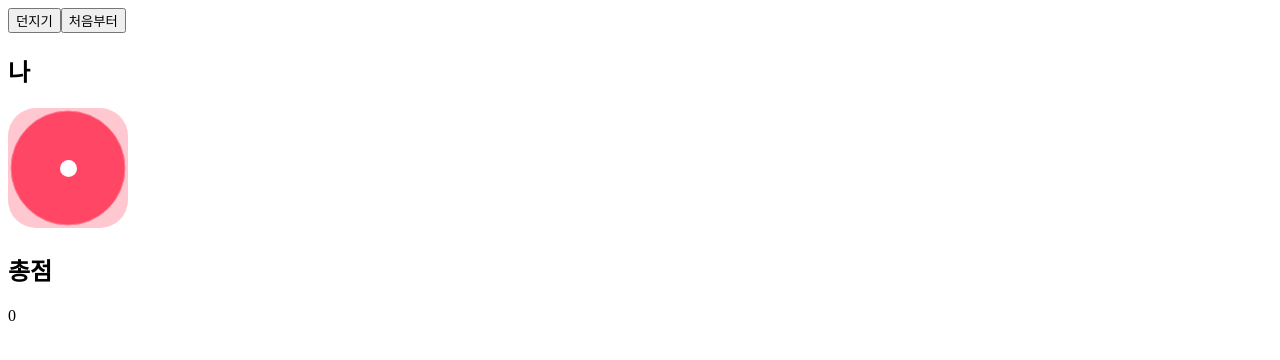
Repository: songjiwon17/React_study
Page: /
These files come from the project's save history. The page is drawn as it stood at one moment and after the next save; the edit follows.
The browser window is 1280 px wide. The pictures show the whole page.
The project was rebuilt for these pictures with package versions that can differ from the ones it lists, and the page was loaded fresh each time.

Above is the page before, as saved 2023-09-15 20:48:27.

After the next save:
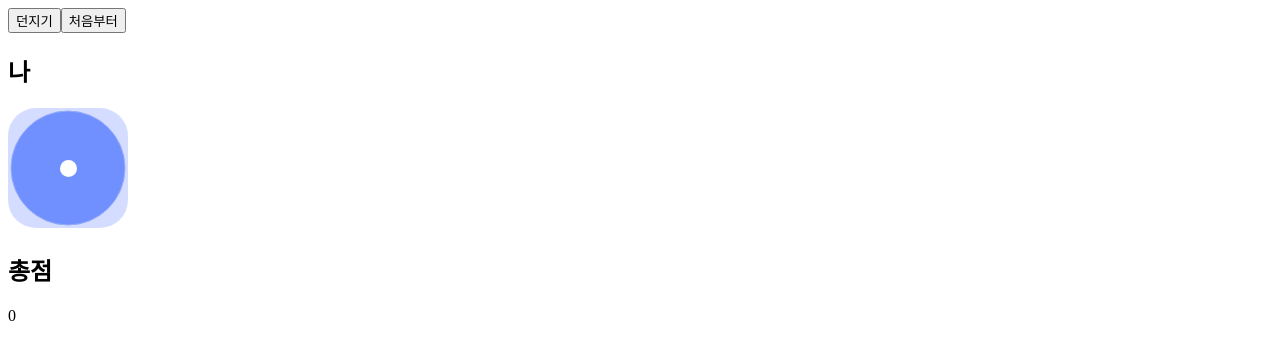
Saved 11 s later.
--- a/src/App.js
+++ b/src/App.js
@@ -29,7 +29,7 @@ function App(){
             </div>
             <div>
                 <h2>나</h2>
-                <Dice color="red" num = {num}/>
+                <Dice color="blue" num = {num}/>
                 <h2>총점</h2>
                 <p>{sum}</p>
             </div>
